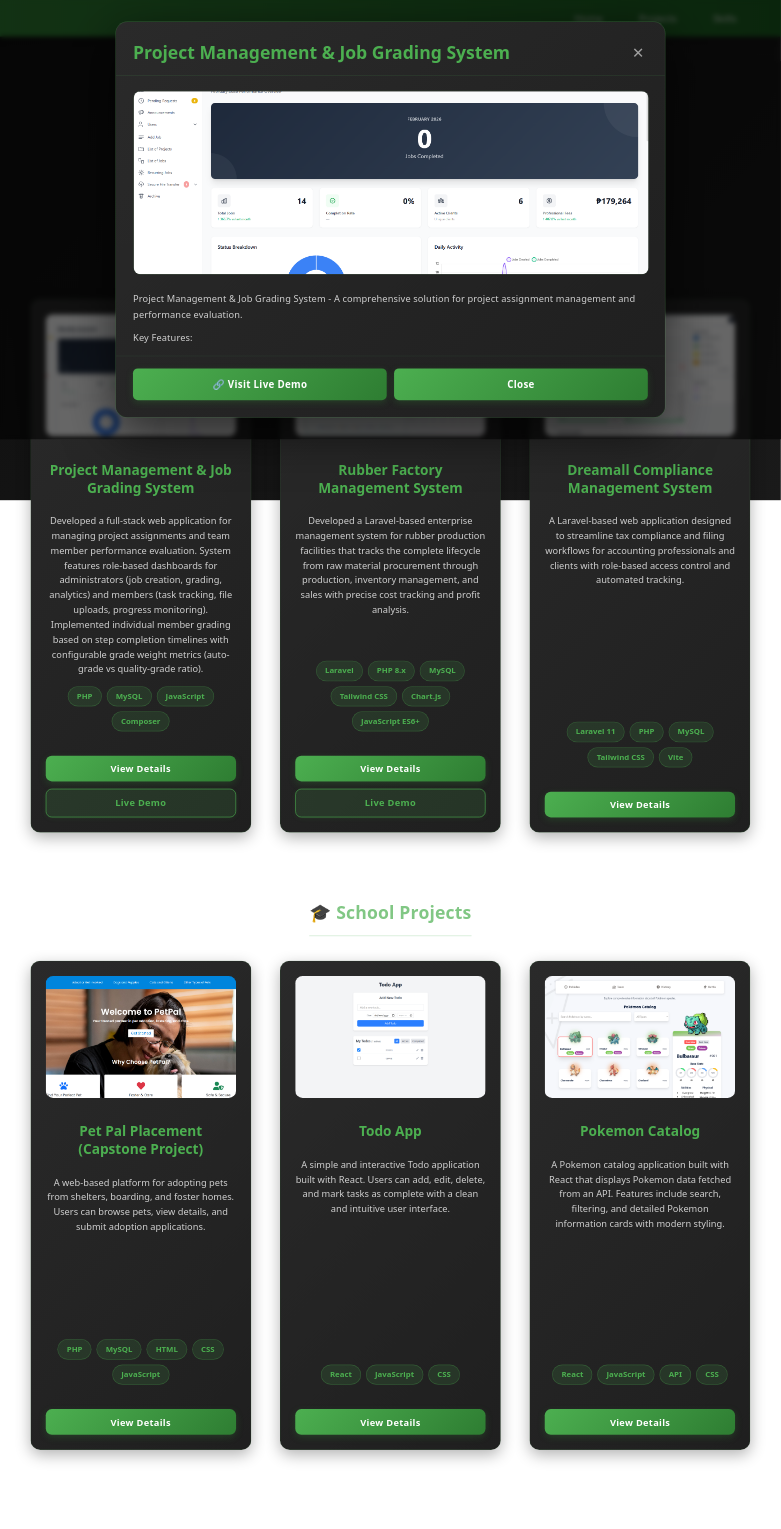
Repository: SAYANA11/portfolio
Page: /Projects, after clicking the first element matching `button.project-button`
The author's editor kept a copy of each file at every save. The page is drawn from the files as they stood at one save, then again after the next save.
The browser window is 1280 px wide. The pictures show the whole page, at 61% of full size.
An inner scrolling area shows only its first screen. The project was rebuilt for these pictures with package versions that can differ from the ones it lists, and the page was loaded fresh each time. Also part of the build but not shown: vite.config.js, src/components/Hero.jsx, src/components/Skills.css, src/components/Skills.jsx.

Above is the page before, as saved 2026-02-17 17:21:35.

After the next save:
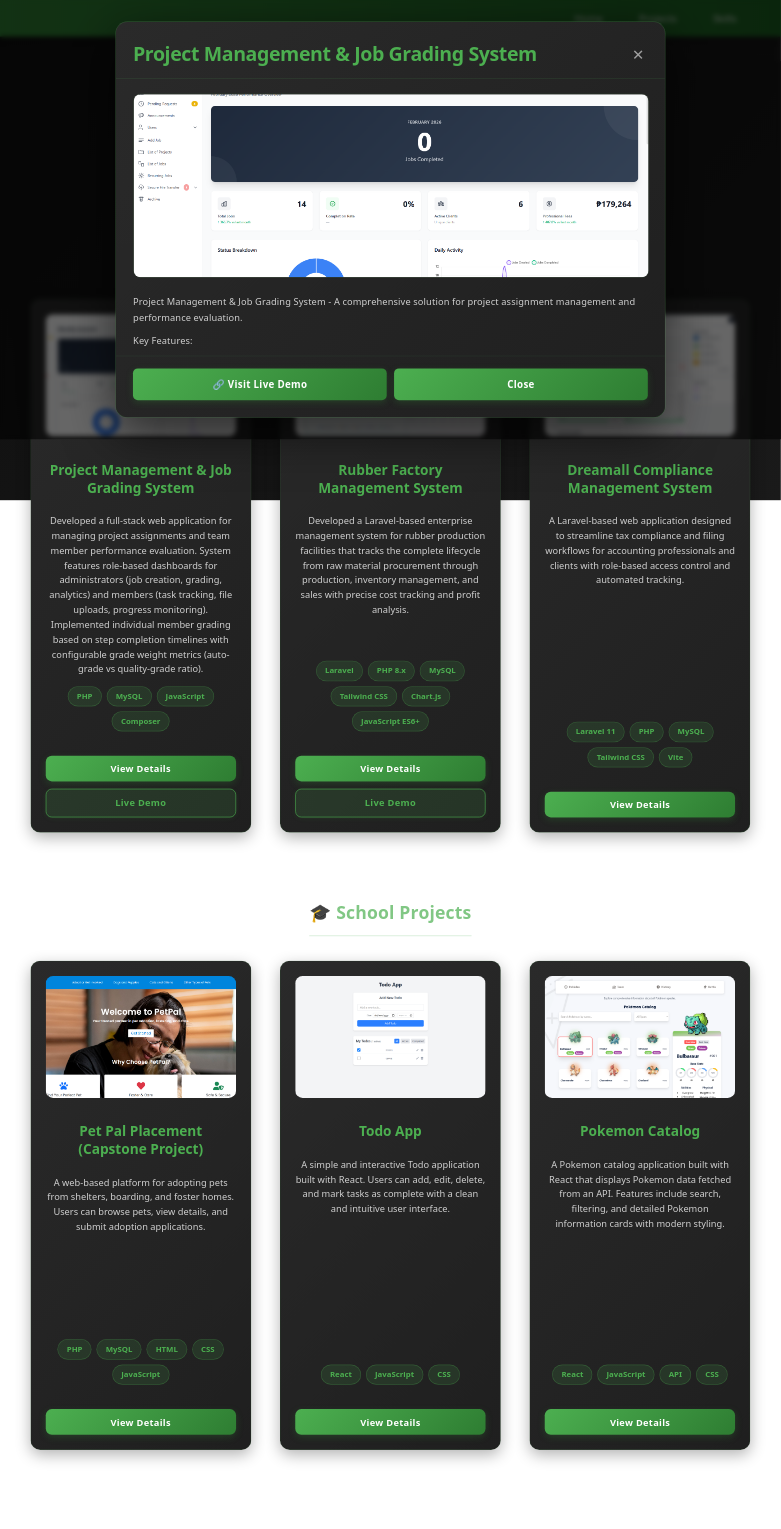
Saved 38 s later.
--- a/src/components/Projects.css
+++ b/src/components/Projects.css
@@ -313,11 +313,12 @@
 }
 
 .modal-title {
-  font-size: 1.8rem;
+  font-size: 2rem;
   font-weight: 700;
   color: #4caf50;
   margin: 0;
   text-align: left;
+  letter-spacing: -0.02em;
 }
 
 .modal-close-btn {
